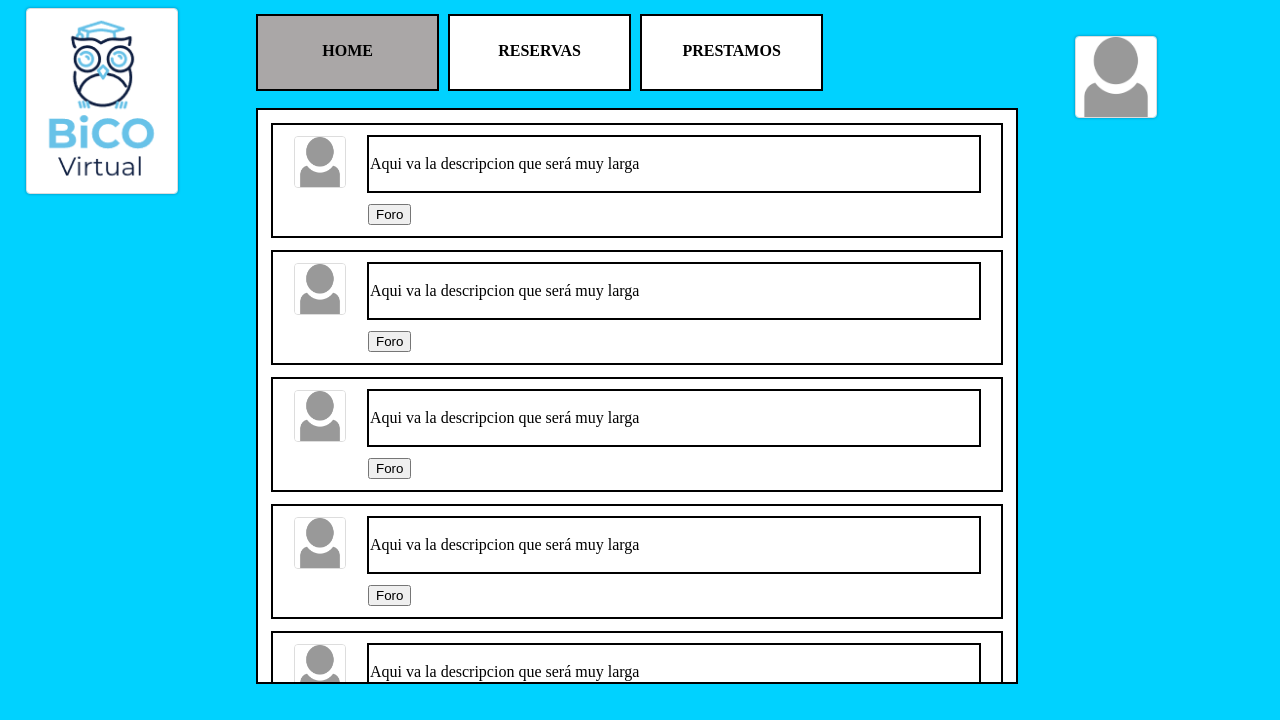
Repository: i72frpeu/IW_Bien
Page: http://localhost/Trabajo_IW/Home (Admin).jsp
The author's editor kept a copy of each file at every save. The page is drawn from the files as they stood at one save, then again after the next save.
The browser window is 1280 px wide. The pictures show the whole page.
An inner scrolling area shows only its first screen. The page is served by Tomcat 9.

Above is the page before, as saved 2020-05-16 17:26:18.

After the next save:
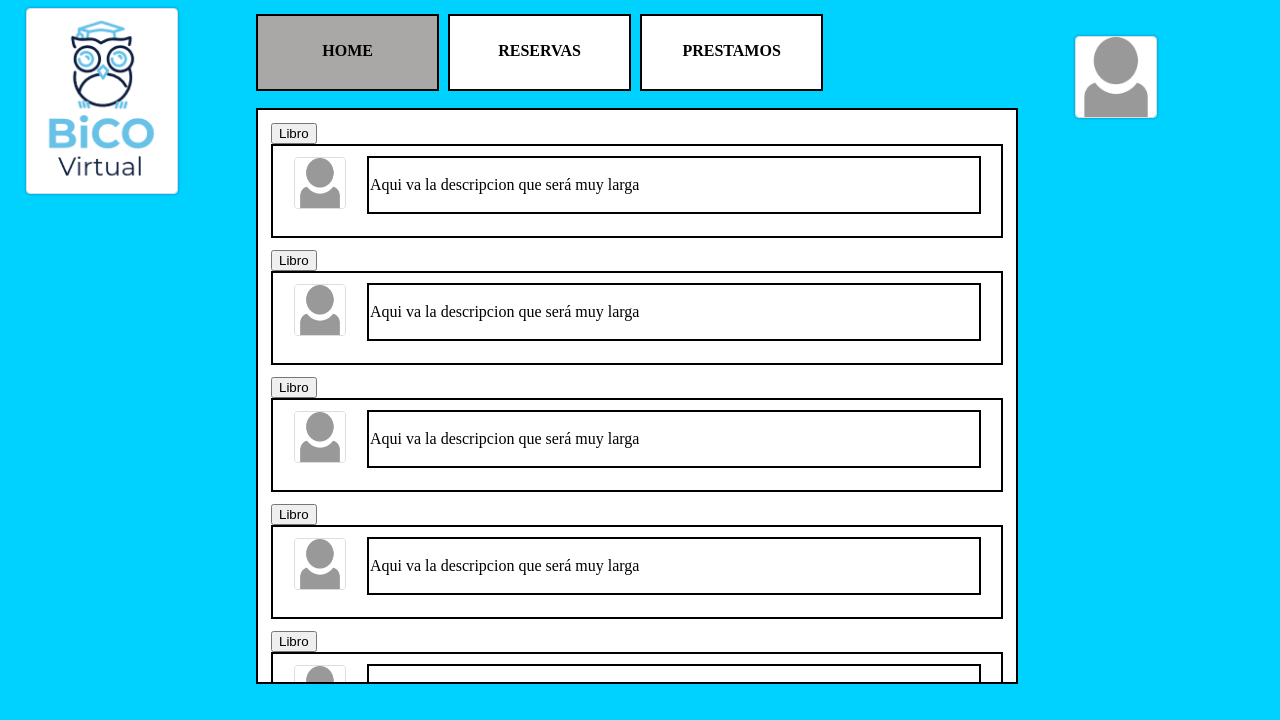
Saved 2 min 26 s later.
--- a/WorkSpace/Trabajo IW/WebContent/Home (Admin).jsp
+++ b/WorkSpace/Trabajo IW/WebContent/Home (Admin).jsp
@@ -22,12 +22,13 @@
           <td>
               <table class="uno">
                   <tr>
-                    <td class="td_user_img"><a href="mvc/control/myFriendControl.jsp"><img src="img/profile-42914_960_720.png" alt="IMG_USER" class="img_user_2"></a></td>
+                    <td class="td_user_img"><a href=""><img src="img/profile-42914_960_720.png" alt="IMG_USER" class="img_user_2"></a></td>
                     <td class="td_user_des">Aqui va la descripcion que será muy larga</td>
+                    <a href="mvc/control/eventControl.jsp"><button name="foro" class="boton_user">Libro</button></a>
                   </tr>
                   <tr>
                     <td></td>
-                    <td><a href="mvc/control/eventControl.jsp"><button name="foro" class="boton_user">Foro</button></a></td>
+                    <td></td>
                   </tr>
                 </table>
           </td>
